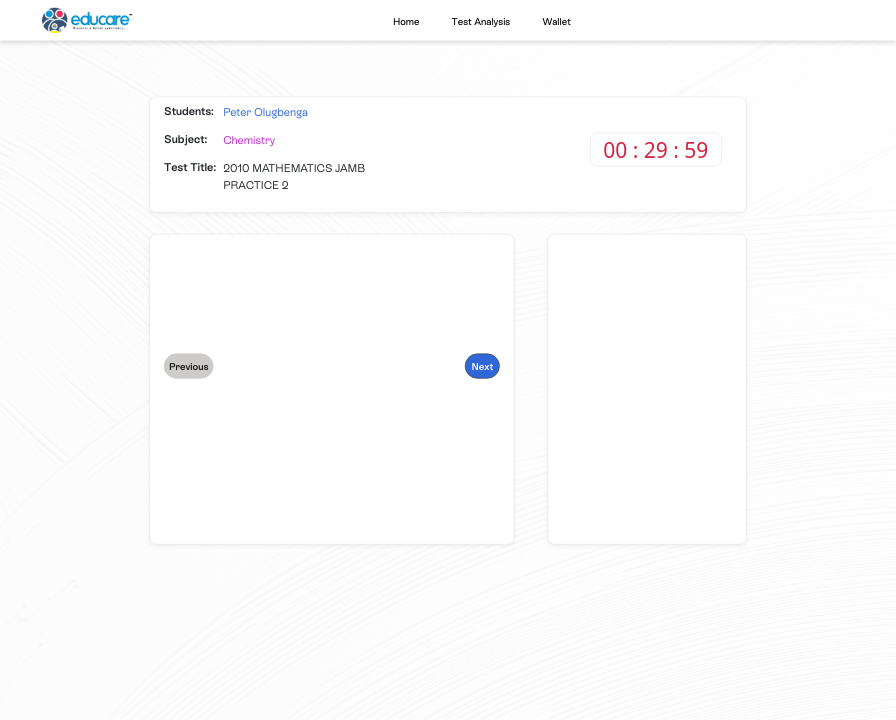
Repository: sarahnnanyelugo/educare-cbt
Page: /questions-dashboard
An editor plug-in stored every save of this project. The page is shown before and after the next save, followed by the edit.
The browser window is 1280 px wide. The pictures show the part of the page from y = 0 to 1920 px (the page is 1028 px tall before and 19326 px after), at 70% of full size.
The project was rebuilt for these pictures with package versions that can differ from the ones it lists, and the page was loaded fresh each time. Also part of the build but not shown: src/components/Form/Form.js, src/pages/AuthenticationPage/auth.scss, src/pages/AuthenticationPage/AuthenticationPage.js, src/components/TestModal/test-modal.scss, src/components/TestModal/TestModal.js, src/components/Exams/Exams.js, src/pages/Home/Home.js, src/pages/TestInstructions/TestInstructions.js and 2 more. Imported but missing from the stored project, and not drawn on this page: src/components/Form/Password, src/components/GoogleButton/GoogleButton.

Above is the page before, as saved 2023-11-06 09:30:09.

After the next save:
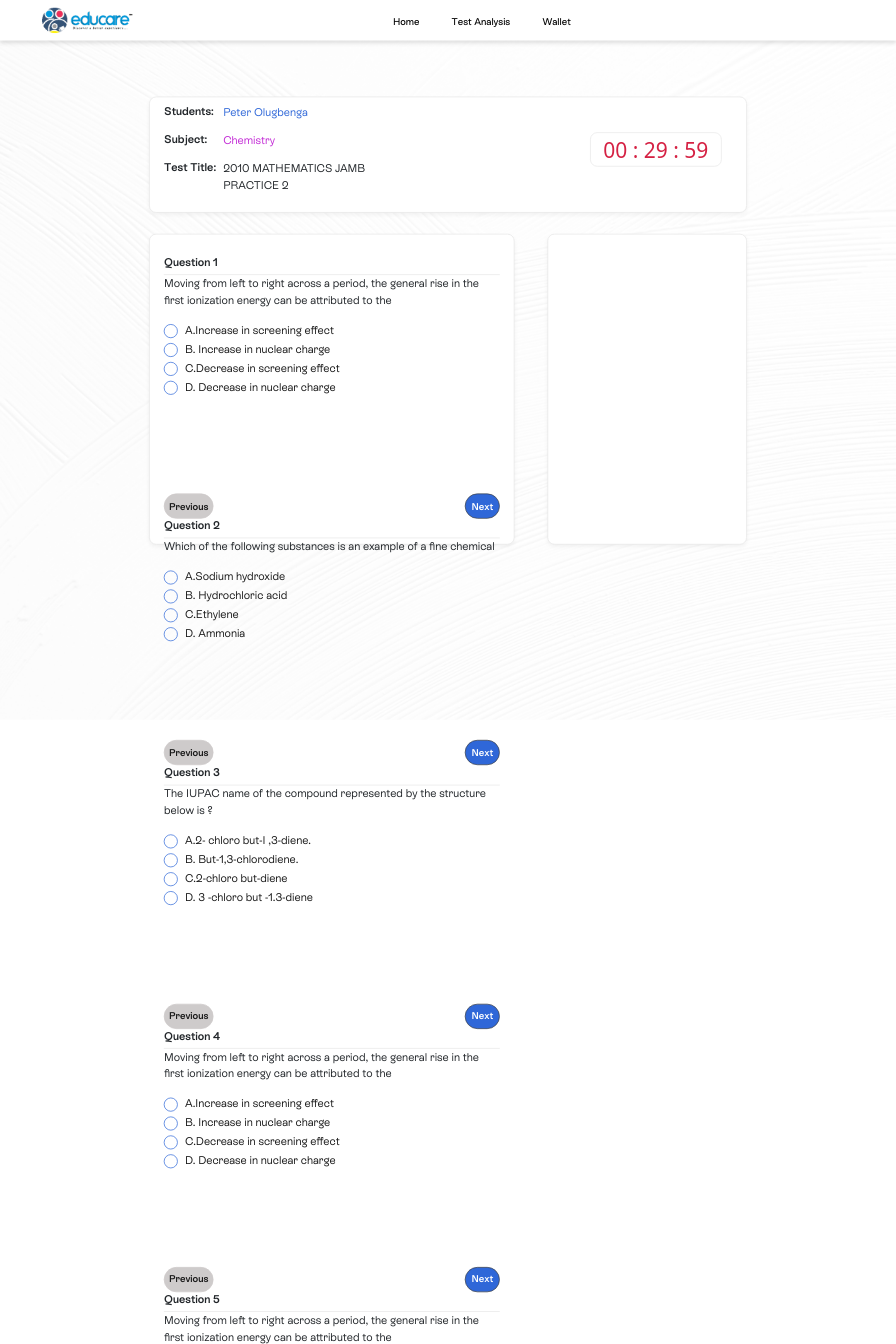
Saved 73 s later.
--- a/src/pages/Question/QuestionsDashboard.js
+++ b/src/pages/Question/QuestionsDashboard.js
@@ -1,9 +1,15 @@
-import React from "react";
+import React, { useState } from "react";
 import "./question.scss";
 import Alert from "../../assets/images/alert.svg";
 import { Link } from "react-router-dom";
+import { questions } from "../../TestData";
+import { Questions } from "../../components/Questions/Questions";
 
 export const QuestionsDashboard = () => {
+  const [state, setState] = useState({
+    query: "",
+    list: questions,
+  });
   return (
     <>
       <div className="test-instructions-div">
@@ -33,6 +39,11 @@ export const QuestionsDashboard = () => {
           {" "}
           <div className="col-md-8 ">
             <div className="col-md-11  instructions">
+              <div className="row ">
+                {state.list.map((data, index) => (
+                  <Questions data={data} />
+                ))}
+              </div>
               <div className="flexy mt">
                 <button className="previous-btn">Previous</button>
                 <button className="next-btn offset-md-9">Next</button>
